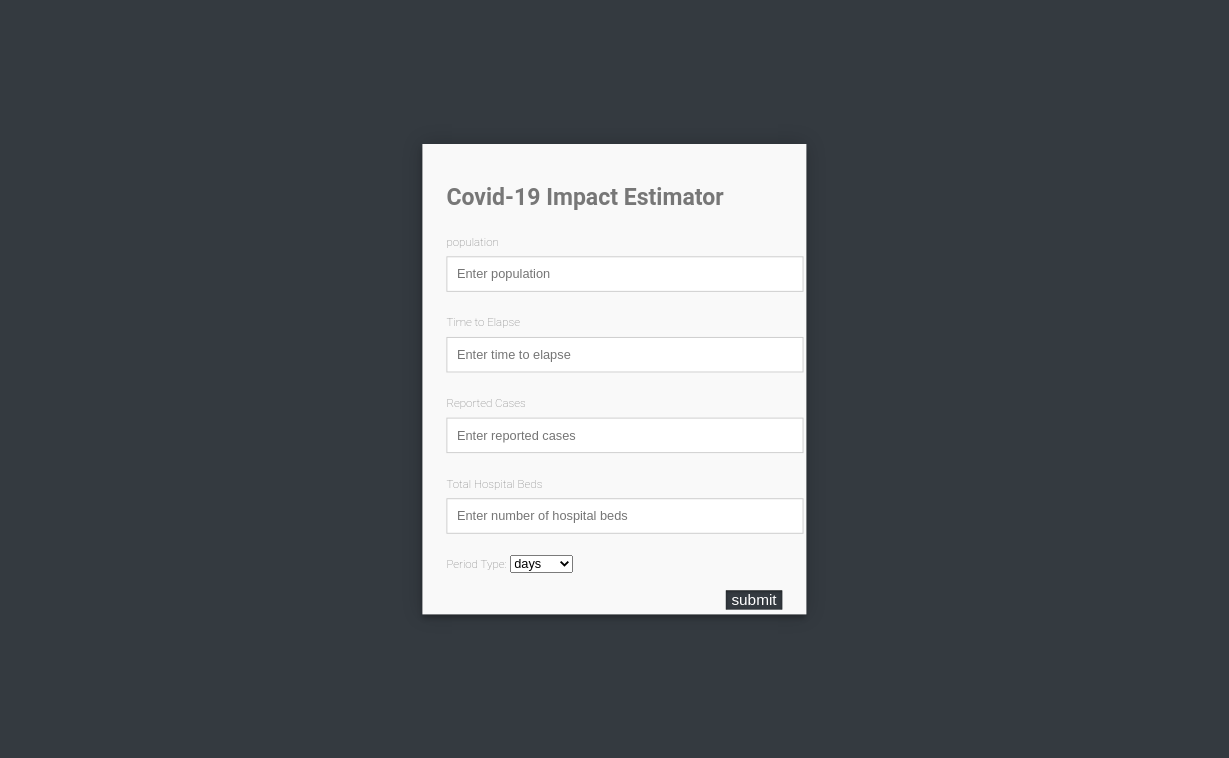
Repository: AbonyiXavier/FrontendUI--challenge-4
Page: index.html
These files come from the project's save history. The page is drawn as it stood at one moment and after the next save; the edit follows.
The browser window is 1280 px wide. The pictures show the whole page, at 96% of full size.

Above is the page before, as saved 2020-04-11 19:58:30.

### index.html
<!DOCTYPE html>
<html lang="en">
  <head>
    <meta charset="UTF-8" />
    <meta name="viewport" content="width=device-width, initial-scale=1.0" />
    <title>COVID-19 Estimator</title>
    <!-- <link rel="stylesheet" href="./CSS/bootstrap.css" /> -->
    <link rel="stylesheet" href="./CSS/style.css" />
  </head>
  <body>
    <div class="container">
      <form id="form">
        <div class="header">
          <h1>Covid-19 Impact Estimator</h1>
        </div>
        <p>
          <label for="">
            population
          </label>
          <input
            type="number"
            placeholder="Enter population"
            name="population"
            id="population"
            data-population
            required
          />
        </p>
        <p>
          <label for="">Time to Elapse</label>
          <input
            type="number"
            placeholder="Enter time to elapse"
            id="time-to-elapse"
            name="Time-to-Elapse"
            data-time-to-elapse
            required
          />
        </p>
        <p>
          <label for="">Reported Cases</label>
          <input
            type="number"
            placeholder="Enter reported cases"
            name="Reported-Cases"
            id="reported-cases"
            data-reported-cases
            required
          />
        </p>
        <p>
          <label for="">Total Hospital Beds</label>
          <input
            type="number"
            placeholder="Enter number of hospital beds"
            name="total-hospital-beds"
            id="total-hospital-beds"
            data-total-hospital-beds
            required
          />
        </p>
        <p>
          <label for="">Period Type:</label>
          <select id="period-type" data-period-type required>
            <option value="days">days</option>
            <option value="weeks">weeks</option>
            <option value="months">months</option>
          </select>
        </p>
        <p>
          <button name="submit" type="submit" id="submit" data-go-estimate>
            submit
          </button>
        </p>
      </form>
    </div>
    <!-- <script src="./js/jquery.js"></script>
    <script src="./js/bootstrap.js"></script> -->
  </body>
</html>

### CSS/style.css
body {
    font-family: "Roboto", Helvetica, Arial, sans-serif;
    font-weight: 100;
    font-size: 12px;
    line-height: 30px;
    color: #777;
    background: #343a40;
}


.container {
    max-width: 400px;
    width: 100%;
    margin: 0 auto;
    position: relative;
}

#form input[type="text"],
#form input[type="number"] #form button[type="submit"] {
    font: 400 12px/16px "Roboto", Helvetica, Arial, sans-serif;
}

#form {
    background: #F9F9F9;
    padding: 25px;
    margin: 150px 0;
    box-shadow: 0 0 20px 0 rgba(0, 0, 0, 0.2), 0 5px 5px 0 rgba(0, 0, 0, 0.24);
}

#form h4 {
    display: block;
    font-size: 20px;
    font-weight: 300;
    margin-bottom: 10px;
}

#form input[type="number"] {
    width: 100%;
    border: 1px solid #ccc;
    background: #FFF;
    margin: 0 0 5px;
    padding: 10px;
}

#form button[type="submit"] {
    box-shadow: inset 0 1px 3px rgba(0, 0, 0, 0.5);
}

button {
    float: right;
    background-color: #343a40;
    border: none;
    color: white;
    /* padding: 10px 20px; */
    text-align: center;
    font-size: 16px;
    /* margin: 4px 2px; */
    margin-bottom: 30px;
    cursor: pointer;
}

#form input:focus {
    outline: 0;
    border: 1px solid #aaa;
}

After the next save:
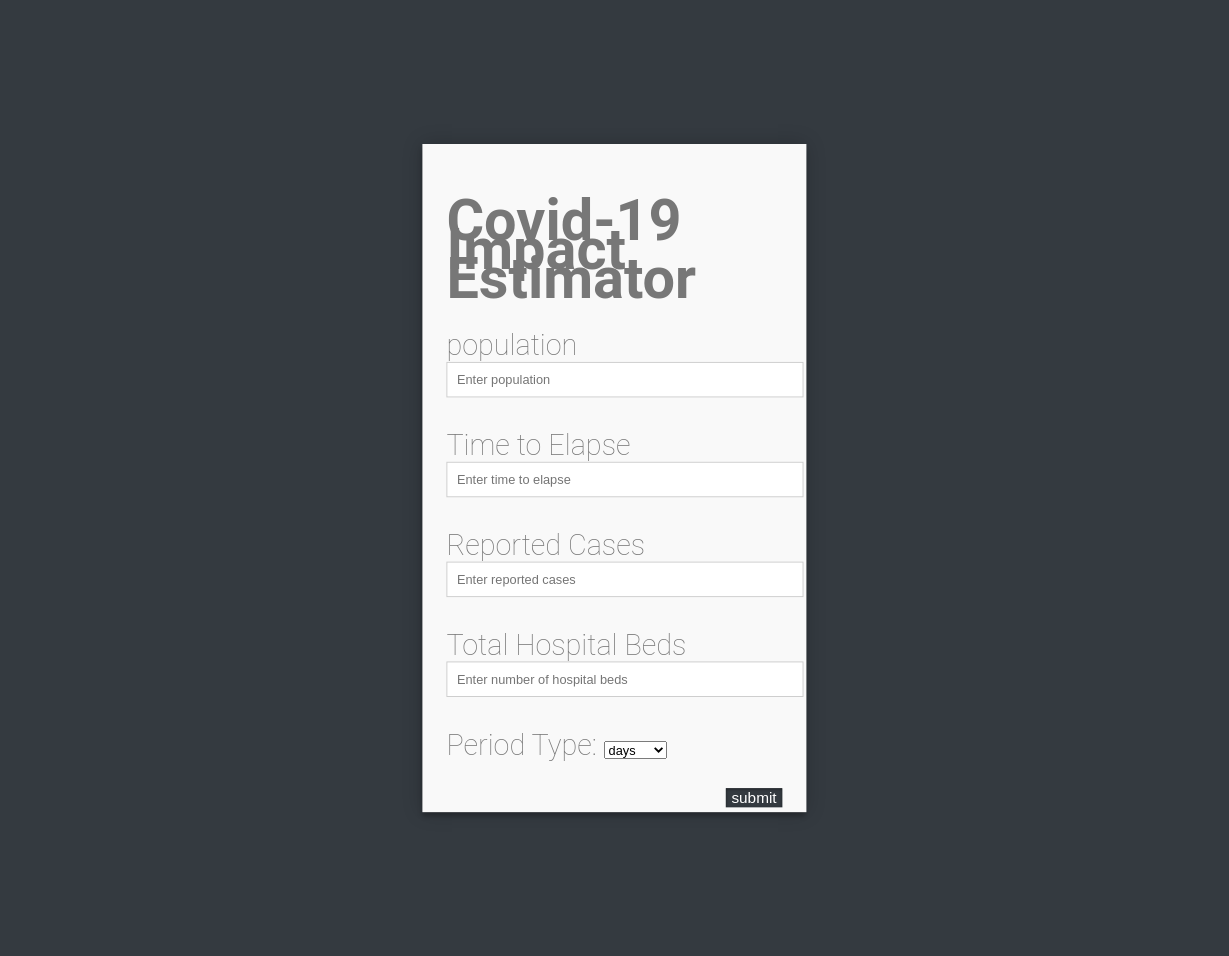
Saved 96 s later.
--- a/CSS/style.css
+++ b/CSS/style.css
@@ -1,7 +1,7 @@
 body {
     font-family: "Roboto", Helvetica, Arial, sans-serif;
     font-weight: 100;
-    font-size: 12px;
+    font-size: 30px;
     line-height: 30px;
     color: #777;
     background: #343a40;
